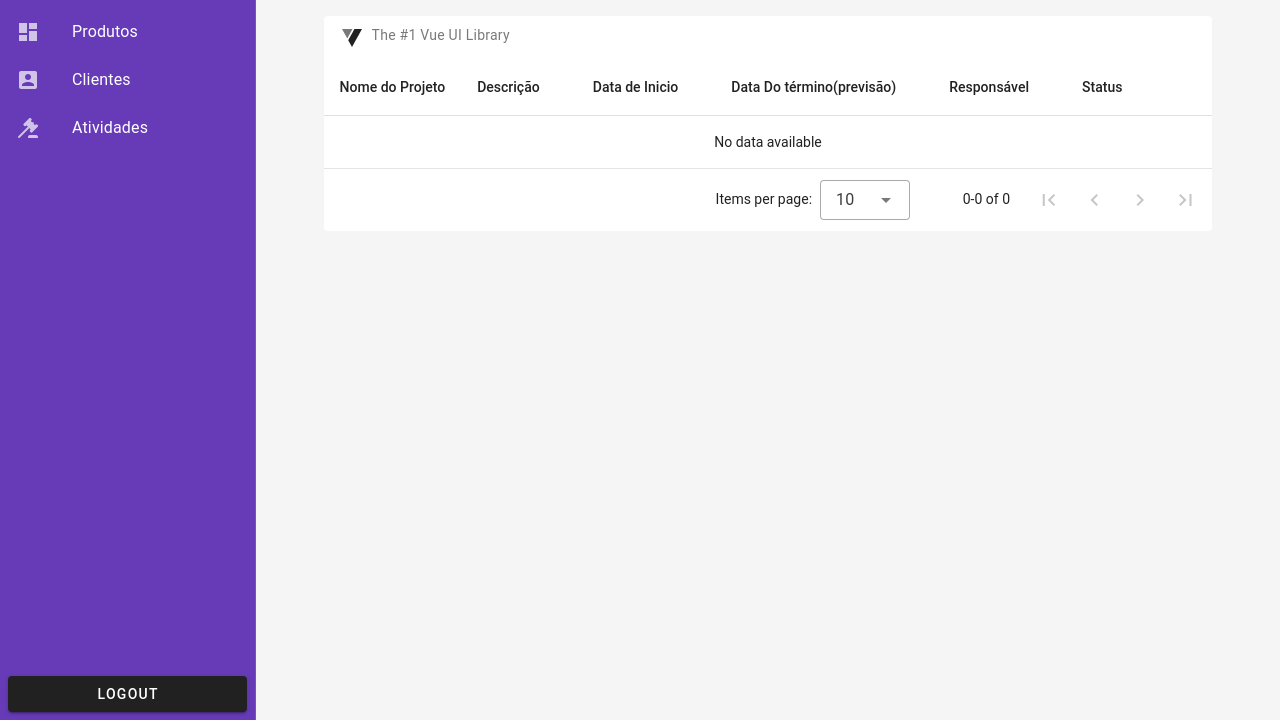
Repository: NtiSilva/Front_AG
Page: /products
The author's editor kept a copy of each file at every save. The page is drawn from the files as they stood at one save, then again after a run of saves.
The browser window is 1280 px wide. The pictures show the whole page.
The page's requests for data from a server got no answer. The project was rebuilt for these pictures with package versions that can differ from the ones it lists, and the page was loaded fresh each time. No one was signed in, and anything a server would have sent is missing. Also part of the build but not shown: vite.config.mjs, src/components/Alert.vue, src/components/Atividades/FormActivities.vue, src/components/Atividades/index.vue, src/components/Clientes/FormClient.vue, src/components/Dialog.vue, src/components/DialogRemove.vue, src/components/Clientes/ListClients.vue and 9 more.

Above is the page before, as saved 2024-06-20 00:03:38.

### src/main.js
import { createApp } from "vue";

import { registerPlugins } from "@/plugins";
import "./plugins/axios";

import App from "./App.vue";
import store from "./store";

const app = createApp(App).use(store);

registerPlugins(app);

app.mount("#app");

### src/plugins/axios.js
import axios from "axios";

axios.defaults.baseURL = import.meta.env.VITE_API_URL;

### src/App.vue
<template>
  <v-app>
    <v-navigation-drawer
      class="bg-deep-purple"
      theme="dark"
      permanent
    >
      <v-list color="transparent">
        <v-list-item prepend-icon="mdi-view-dashboard" title="Produtos" @click="navigateTo('/products')"></v-list-item>
        <v-list-item prepend-icon="mdi-account-box" title="Clientes" @click="navigateTo('/clients')"></v-list-item>
        <v-list-item prepend-icon="mdi-gavel" title="Atividades" @click="navigateTo('/activies')"></v-list-item>
      </v-list>

      <template v-slot:append>
        <div class="pa-2">
          <v-btn block @click="logout">
            Logout
          </v-btn>
        </div>
      </template>
    </v-navigation-drawer>

    <v-main class="main-content">
      <router-view />
    </v-main>
  </v-app>
</template>

<script>
export default {
  name: 'App',
  methods: {
    navigateTo(route) {
      this.$router.push(route);
    },
    logout() {
      // lógica para logout
    },
  },
};
</script>

<style>
html, body, #app {
  height: 100%;
  margin: 0;
}

.v-application {
  height: 100%;
}

.v-main {
  display: flex;
  flex-direction: column;
  height: 100%;
  background-color: #f5f5f5;
}

.v-navigation-drawer {
  height: 100%;
}
</style>

### src/store/index.js
import { createStore } from "vuex";
import activities from "./activities";
import clients from "./clients";
import productsModule from "./products";

export default createStore({
  modules: {
    activities,
    clients,
    productsModule,
  },
});

### src/plugins/vuetify.js
/**
 * plugins/vuetify.js
 *
 * Framework documentation: https://vuetifyjs.com`
 */

// Styles
import "@mdi/font/css/materialdesignicons.css";
import "vuetify/styles";

// Composables
import { createVuetify } from "vuetify";

// https://vuetifyjs.com/en/introduction/why-vuetify/#feature-guides
export default createVuetify({
  // theme: {
  //   defaultTheme: "dark",
  // },
});

### src/router/index.js
import { createRouter, createWebHistory } from "vue-router";
import Products from "@/pages/Products.vue";
import Activities from "@/pages/Activities.vue";
import Clients from "@/pages/Clients.vue";
import Home from "@/pages/HomePage.vue";

const routes = [
  {
    path: "/",
    name: "Home",
    component: Home,
  },
  {
    path: "/clients",
    name: "Clients",
    component: Clients,
  },
  {
    path: "/activities",
    name: "Activities",
    component: Activities,
  },
  {
    path: "/products",
    name: "Products",
    component: Products,
  },
];

const router = createRouter({
  history: createWebHistory(process.env.BASE_URL),
  routes,
});

export default router;

### src/store/activities.js
export default {
  state: {
    // state for module 1
  },
  mutations: {
    // mutations for module 1
  },
  actions: {
    // actions for module 1
  },
  getters: {
    // getters for module 1
  },
};

### src/store/clients.js
export default {
  state: {
    // state for module 1
  },
  mutations: {
    // mutations for module 1
  },
  actions: {
    // actions for module 1
  },
  getters: {
    // getters for module 1
  },
};

### src/store/products.js
import {
  getProducts,
  getProductById,
  createProduct,
  updateProduct,
  deleteProduct,
} from "@/services/productsServices";

const state = {
  products: [],
};

const mutations = {
  SET_PRODUCTS(state, products) {
    state.products = products;
  },
};

const actions = {
  async fetchProducts({ commit }) {
    try {
      const products = await getProducts();
      commit("SET_PRODUCTS", products);
    } catch (error) {
      console.error("Error fetching products:", error);
    }
  },
  async addProduct({ dispatch }, productData) {
    try {
      await createProduct(productData);
      dispatch("fetchProducts");
    } catch (error) {
      console.error("Error adding product:", error);
    }
  },
  async updateProduct({ dispatch }, { productId, productData }) {
    try {
      await updateProduct(productId, productData);
      dispatch("fetchProducts");
    } catch (error) {
      console.error("Error updating product:", error);
    }
  },
  async removeProduct({ dispatch }, productId) {
    try {
      await deleteProduct(productId);
      dispatch("fetchProducts");
    } catch (error) {
      console.error("Error removing product:", error);
    }
  },
};

const getters = {
  getProductById: (state) => (productId) => {
    return state.products.find((product) => product.id === productId);
  },
};

const productsModule = {
  namespaced: true,
  state,
  mutations,
  actions,
  getters,
};

export default productsModule;

### src/pages/Products.vue
<template>
  <v-container
    class="d-flex align-center justify-center"
    fill-height
  >
  <v-card
    flat
    class="mx-auto"
    prepend-icon="$vuetify"
    subtitle="The #1 Vue UI Library"
  >
  <v-data-table
    :headers="headers"
    :items="products"
    v-model:search="search"
  >
    <template v-slot:item.status="{ value }">
      <div class="text-end">
        <v-chip
          :color="getColor(value)"
          class="text-uppercase"
          size="small">
            {{ value }}
        </v-chip>
      </div>

    </template>

    <template v-slot:item.config="{ item }">
      <div class="d-flex justify-center">
        <v-icon
          class="me-2"
          size="small"
          @click="editItem(item)"
          icon="mdi-pencil"
        />
        <v-icon
          size="small"
          @click="deleteItem(item)"
          icon="mdi-delete"
        />
        {{ showModalRemove }}
        <remove-modal
          v-model="showModalRemove"
          @confirm="confirmDelete"
        />
      </div>
    </template>
  </v-data-table>

  </v-card>
  </v-container>
</template>

<script>
import { ref, onMounted, computed } from 'vue';
import { useStore } from 'vuex';
import RemoveModal from '@/components/RemoveModal';

export default
{
  name: "DashProducts",
  setup() {
    const store = useStore();

    const headers = [
      { align: 'start', key: 'project_name', sortable: false, title: 'Nome do Projeto' },
      { key: 'project_description', title: 'Descrição' },
      { key: 'dt_init', title: 'Data de Inicio' },
      { key: 'dt_end', title: 'Data Do término(previsão)' },
      { key: 'client.name', title: 'Responsável' },
      { key: 'status', title: 'Status' },
      { key: 'config', title: '' },
    ];

    const products = ref([]);
    const selectItem = ref()

    const mappedProducts = computed(() => store.state.productsModule.products);

    const getColor = (status) => {
      if (status === 'Fechado') return 'red';
      else if (status === 'Em andamento') return 'orange';
      else return 'green';
    };

    const deleteProject = () => {
      console.log('voltou', selectItem.value)
      // store.dispatch('productsModule/removeProduct', selectItem.value);
    }

    const deleteItem = (item) =>{
      // showRemoveModal.value = true
      showModalRemove = true
      console.log('chegou')
      // selectItem.value = item.projectId
    }

    const fetchProducts = () => store.dispatch('productsModule/fetchProducts');

    onMounted(() => {
      fetchProducts();
    });

    return {
      headers,
      products: mappedProducts,
      getColor,
      fetchProducts,
      deleteItem
    };
  }
};
</script>

### src/services/productsServices.js
// productsService.js
import axios from "axios";

const baseURL = "/project"; // Base URL for product endpoints

const getProducts = async () => {
  try {
    const response = await axios.get(`${baseURL}/all`);
    return response.data;
  } catch (error) {
    console.error("Erro ao buscar produtos:", error);
    throw error;
  }
};

const getProductById = async (productId) => {
  try {
    const response = await axios.get(`${baseURL}/${productId}`);
    return response.data;
  } catch (error) {
    console.error(`Erro ao buscar produto com ID ${productId}:`, error);
    throw error;
  }
};

const createProduct = async (productData) => {
  try {
    const response = await axios.post(`${baseURL}/add`, productData);
    return response.data;
  } catch (error) {
    console.error("Erro ao criar produto:", error);
    throw error;
  }
};

const updateProduct = async (productId, productData) => {
  try {
    const response = await axios.put(
      `${baseURL}/edit/${productId}`,
      productData
    );
    return response.data;
  } catch (error) {
    console.error(`Erro ao atualizar projeto com ID ${productId}:`, error);
    throw error;
  }
};

const deleteProduct = async (productId) => {
  try {
    const response = await axios.delete(`${baseURL}/delete/${productId}`);
    return response.data;
  } catch (error) {
    console.error(`Erro ao deletar projeto com ID ${productId}:`, error);
    throw error;
  }
};

export {
  getProducts,
  getProductById,
  createProduct,
  updateProduct,
  deleteProduct,
};

Loaded but not shown: index.html (common file); src/plugins/index.js (common file)

After the next 3 saves:
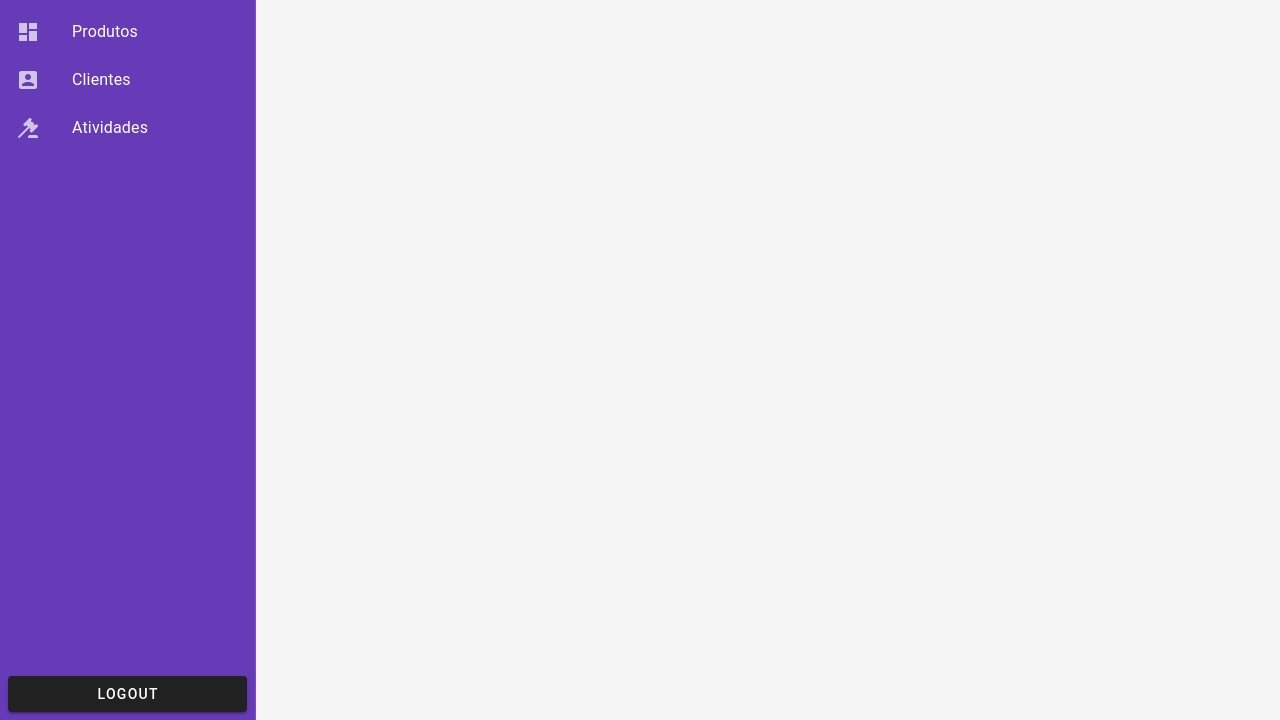
Console error: ReferenceError: showModalRemove is not defined
The 3 saves are shown as one change because 2 did not build or start.
The last was saved 46 s later.
--- a/src/pages/Products.vue
+++ b/src/pages/Products.vue
@@ -75,6 +75,7 @@
 
     const products = ref([]);
     const selectItem = ref()
+    // const showModalRemove = ref(false)
 
     const mappedProducts = computed(() => store.state.productsModule.products);
 
@@ -107,7 +108,8 @@
       products: mappedProducts,
       getColor,
       fetchProducts,
-      deleteItem
+      deleteItem,
+      showModalRemove
     };
   }
 };

After the save that followed:
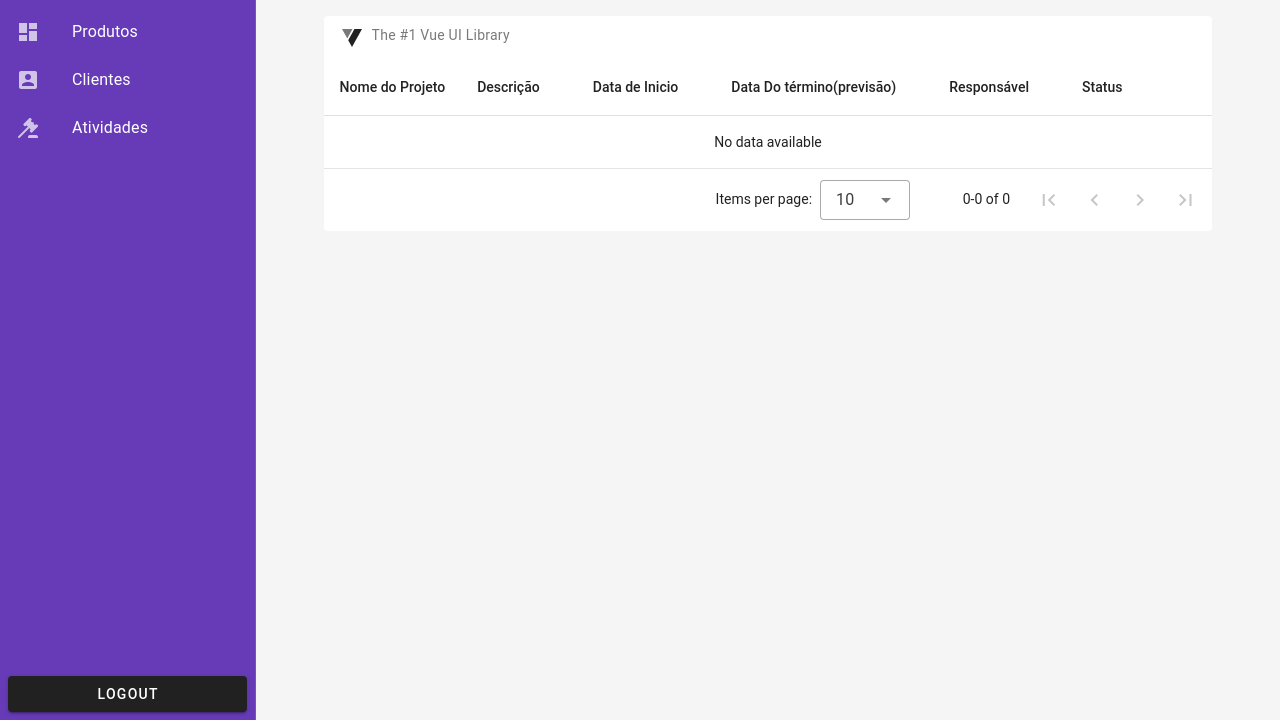
The error is gone.
Saved 45 s later.
--- a/src/pages/Products.vue
+++ b/src/pages/Products.vue
@@ -75,7 +75,7 @@
 
     const products = ref([]);
     const selectItem = ref()
-    // const showModalRemove = ref(false)
+    const showModalRemove = ref(false)
 
     const mappedProducts = computed(() => store.state.productsModule.products);
 
@@ -92,7 +92,7 @@
 
     const deleteItem = (item) =>{
       // showRemoveModal.value = true
-      showModalRemove = true
+      // showModalRemove = true
       console.log('chegou')
       // selectItem.value = item.projectId
     }
